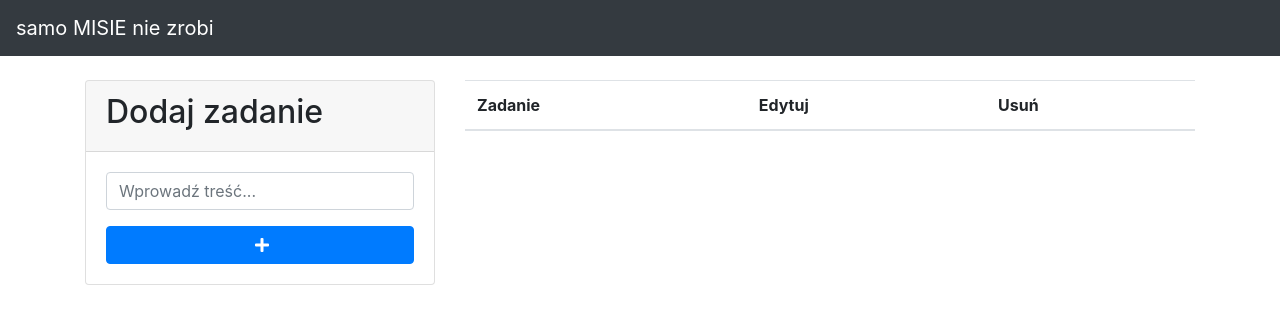
Repository: pcharazinski/JS_EXPRESS---samoMISIEniezrobi
Page: http://localhost/
These files come from the project's save history. The page is drawn as it stood at one moment and after the next save; the edit follows.
The browser window is 1280 px wide. The pictures show the whole page.
Some web libraries are served in a nearby version. The page is served by the project's Node server (app.js). Other server files are loaded and not shown. Queries for data that is not in the repository find no rows.

Above is the page before, as saved 2018-12-16 15:32:56.

### views/index.pug
//- Pug zwraca wieeeeeeelka uwagę na wciecia!!! jak sa zle wciecia to sie wysypuje

extends layout

block content
    .row
        .col-md-4
            .card
                .card-header
                    h2 Dodaj zadanie
                .card-body
                    form(action="/addme", method="POST")
                        .form-group

                            input.form-control#labeltodo(type='text', name="title", placeholder="Wprowadź treść...")
                        button(type="submit").btn.btn-primary.btn-block
                            i.fas.fa-plus.pl-1


        .col-md-8

            table.table.table-striped
                thead
                    tr

                    th(scope='col') Zadanie
                    th(scope='col') Edytuj
                    th(scope='col') Usuń
                tbody
                    each todo in todos
                        tr

                             td= todo.title
                             td
                                a(href="/editme/"+ todo.id).btn.btn-info.btn-sm
                                    i.fas.fa-pencil-alt
                             td
                                form(method="post", action="/deleteme/" + todo.id + "?_method=delete")
                                    button(type="submit").btn.btn-danger.btn-sm
                                         i.fas.fa-trash-alt

### views/layout.pug
<!DOCTYPE html>
html(lang="en")
    head
        meta(charset="UTF-8")
        meta(name="viewport", content="width=device-width, initial-scale=1.0")
        meta(http-equiv="X-UA-Compatible", content="ie=edge")
        link(rel="stylesheet", href="https://stackpath.bootstrapcdn.com/bootstrap/4.1.3/css/bootstrap.min.css")
        link(rel="stylesheet", href="https://use.fontawesome.com/releases/v5.6.1/css/all.css")
        title MISIE
    body
        include nav
        .container
            block content

script(src='https://code.jquery.com/jquery-3.3.1.slim.min.js')
script(src='https://cdnjs.cloudflare.com/ajax/libs/popper.js/1.14.3/umd/popper.min.js')
script(src='https://stackpath.bootstrapcdn.com/bootstrap/4.1.3/js/bootstrap.min.js')

### views/nav.pug
nav.navbar.navbar-expand-lg.navbar-dark.bg-dark.mb-4
  a.navbar-brand(href='/') samo MISIE nie zrobi

  button.navbar-toggler(type='button', data-toggle='collapse', data-target='#navbarNav', aria-controls='navbarNav', aria-expanded='false', aria-label='Toggle navigation')
    span.navbar-toggler-icon
  .collapse.navbar-collapse#navbarNav
    ul.navbar-nav
      //- li.nav-item.active
      //-   a.nav-link(href='/')
      //-     | Strona główna
      //-     span.sr-only (current)
      //- li.nav-item
      //-   a.nav-link(href='/') ASAP
      //- li.nav-item
      //-   a.nav-link(href='/') Nie ASAP
      //- li.nav-item
      //-   a.nav-link(href='/') Jak zostanie czas

### app.js
const express = require ("express");
const mongoose = require ('mongoose');
const bodyParser = require('body-parser');
const methodOverride = require ('method-override');
mongoose.connect ('mongodb://admin:admin62D.@ds121652.mlab.com:21652/samomisieniezrobi', { useNewUrlParser: true }).then (() => {
console.log('ejj... chyba polaczylam sie z baza danych, lol');

});
const app = express ();

app.use (bodyParser.urlencoded({extended:false}));
app.use (methodOverride('_method'));
app.set ("view engine", "pug");
const indexRoutes = require ('./routes/index');
app.use ('/', indexRoutes);
const port = process.env.PORT || 3000;
app.listen (port, () =>console.log(`Jestem podlaczona do serwera ${port} bijacz`));

### controllers/index.js
const Todo = require ('../models/Todo');
const getIndex = (req, res) =>
{
    Todo.find({},(err, todos)=> {
        if (err) console.log(err);
        console.log(todos);
        res.render ('index', {
            todos:todos
        })
    })

};
const postIndex = (req,res) =>{
    const newTodo = new Todo({
        title: req.body.title
    });
    newTodo.save((err)=>{
        if (err) console.log(err);
        res.redirect ('/');
    })

}

const deleteIndex = (req, res)=>{
    const {id} = req.params;
    Todo.findByIdAndDelete(id, (err)=> {
        if (err) console.log(err);
        res.redirect ('/');
    });

}
module.exports = {
    getIndex:getIndex,
    postIndex:postIndex,
    deleteIndex:deleteIndex
}

After the next save:
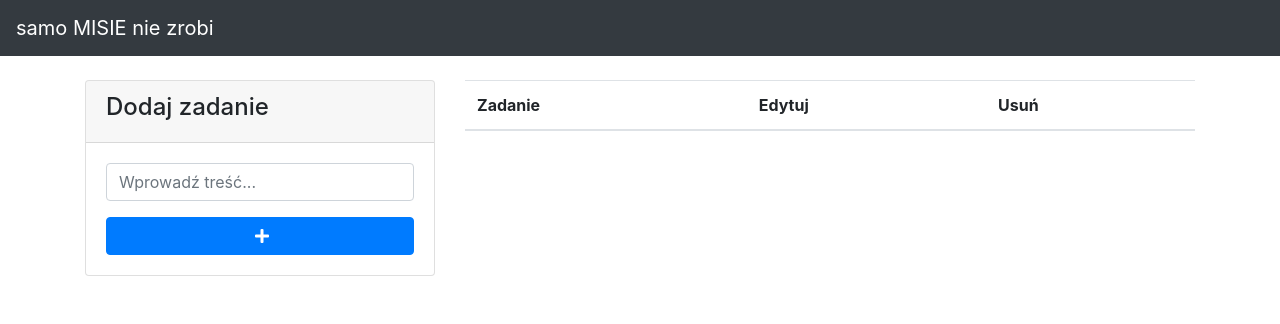
Saved 77 s later.
--- a/views/index.pug
+++ b/views/index.pug
@@ -7,7 +7,7 @@ block content
         .col-md-4
             .card
                 .card-header
-                    h2 Dodaj zadanie
+                    h4 Dodaj zadanie
                 .card-body
                     form(action="/addme", method="POST")
                         .form-group
